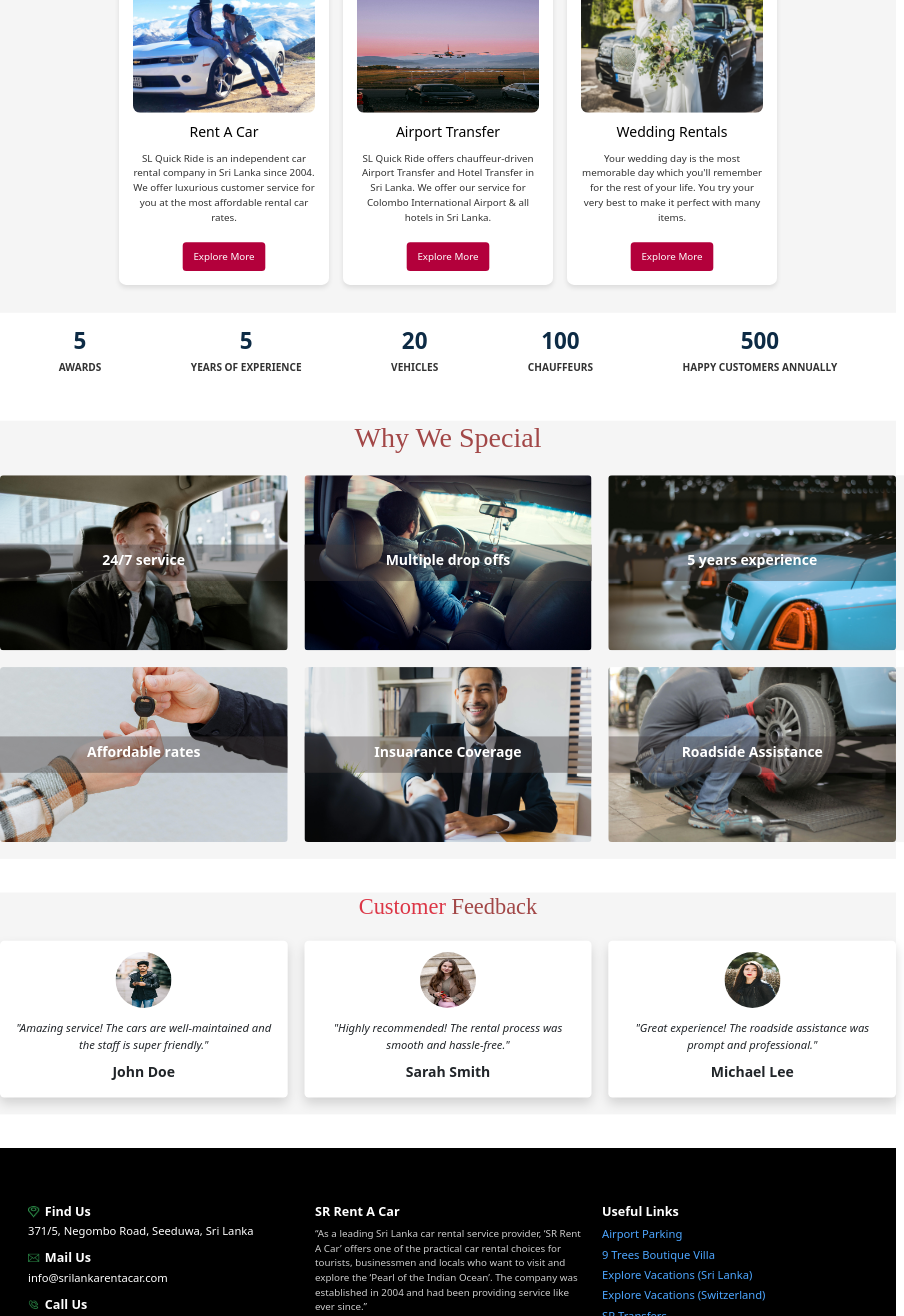
Repository: saubgayavishwanthi/Car-Renatal-Website
Page: / (app in frontend/)
The author's editor kept a copy of each file at every save. The page is drawn from the files as they stood at one save, then again after a run of saves.
The browser window is 1280 px wide. The page is 1292 px wide, so the pictures cover 1292 px, including what lies to the right of the window. The pictures show the part of the page from y = 1330 to 3210 px (the page is 3727 px tall), at 70% of full size.
The project was rebuilt for these pictures with package versions that can differ from the ones it lists, and the page was loaded fresh each time. Also part of the build but not shown: frontend/src/css/Contact.css, frontend/src/components/Contact.js.

Above is the page before, as saved 2025-03-07 17:35:02.

### frontend/src/App.js
import { BrowserRouter as Router, Route, Routes } from 'react-router-dom';
import Home from './components/Home';
import Contact from './components/Contact';

import 'bootstrap/dist/css/bootstrap.min.css';
import './App.css';


function App() {
  return (
    <Router>
    <Routes>
      {/* Main Routes */}
      <Route path="/" element={< Home/>} />
      <Route path="/contact-page"element={<Contact/>}/>

    </Routes>
  </Router>
  );
}

export default App;

### frontend/src/components/Home.js
import React, { useState, useEffect } from "react";
import "bootstrap/dist/css/bootstrap.min.css";
import { Carousel as BootstrapCarousel } from "react-bootstrap"; // Renaming Bootstrap Carousel
import CountUp from "react-countup";
import NavBar from './MyNavbar';
import Carousel from './Carousel';
import Footer from './Footer';
import "../css/Home.css";
import aboutcar from '../assets/bense.jpg';
import WeddingCar from "../assets/WeddingCar.jpg";
import RentACar from "../assets/RentACar.jpg";
import AirportCar from "../assets/AirportCar.jpg";
import hoursacess from "../assets/24.7 access.jpg";
import rates from "../assets/afforable rates.jpg";
import multipledrop from "../assets/multiple drop off.jpg";
import experience from "../assets/5  years exprience.jpg";
import insuarance from "../assets/insuarance coveage.jpg";
import roadassisrance from "../assets/roadside assistance.jpg";
import sara from "../assets/sara.jpeg";
import john from "../assets/john.jpeg";
import michel from "../assets/michel.jpeg";


function Home() {
  const [startCount, setStartCount] = useState(false);

  useEffect(() => {
    setStartCount(true); // Start the count animation when the component mounts
  }, []);

  const offers = [
    {
      title: "Rent A Car",
      description:
        "SL Quick Ride is an independent car rental company in Sri Lanka since 2004. We offer luxurious customer service for you at the most affordable rental car rates.",
      image: RentACar,
    },
    {
      title: "Airport Transfer",
      description:
        "SL Quick Ride offers chauffeur-driven Airport Transfer and Hotel Transfer in Sri Lanka. We offer our service for Colombo International Airport & all hotels in Sri Lanka.",
      image: AirportCar,
    },
    {
      title: "Wedding Rentals",
      description:
        "Your wedding day is the most memorable day which you'll remember for the rest of your life. You try your very best to make it perfect with many items.",
      image: WeddingCar,
    },
  ];

  const statsData = [
    { value: 5, label: "AWARDS" },
    { value: 5, label: "YEARS OF EXPERIENCE" },
    { value: 20, label: "VEHICLES" },
    { value: 100, label: "CHAUFFEURS" },
    { value: 500, label: "HAPPY CUSTOMERS ANNUALLY" },
  ];

  const images = [
    {  src: hoursacess, title: "24/7 service", bgColor: "#FF5733",height:"100px" },
    {  src: multipledrop, title: "Multiple drop offs", bgColor: "#33A1FF",height:"100px" },
    {  src: experience, title: "5 years experience", bgColor: "#28A745",height:"100px" },
    {  src: rates, title: "Affordable rates", bgColor: "#FFC107",height:"100px" },
    {  src: insuarance, title: "Insuarance Coverage", bgColor: "#6F42C1",height:"100px" },
    {  src: roadassisrance, title: "Roadside Assistance", bgColor: "#E83E8C",height:"100px" },
  ];

  const testimonials = [
    {
      name: "John Doe",
      feedback: "Amazing service! The cars are well-maintained and the staff is super friendly.",
      image: john,
    },
    {
      name: "Sarah Smith",
      feedback: "Highly recommended! The rental process was smooth and hassle-free.",
      image: sara,
    },
    {
      name: "Michael Lee",
      feedback: "Great experience! The roadside assistance was prompt and professional.",
      image: michel,
    },
  ];

  return (
    <div>
      <div>
        <NavBar />
      </div>
      <div className='carousel'>
        <Carousel />
      </div>
      <div className="who-we-are-container">
        <div className="image-section">
          <img src={aboutcar} alt="Red Car" className="car-image" />
        </div>
        <div className="text-section">
          <h2>
            <span className="highlight">Who</span> We Are
          </h2>
          <p>
          <strong className="brand-name">SR Rent A Car</strong> is a locally owned and operated
          car rental company in Sri Lanka that provides affordable options for all travelers.
          The SR Team has been welcoming visitors from all over the world since 2004. We
          understand what our clients expect and deliver because we know what it’s like to be
          a consumer.
        </p>
        <p>
          We offer a fleet of clean, reliable, and safe new and pre-owned vehicles that have
          been meticulously maintained and are suitable for all Sri Lankan roads. We take
          safety very seriously, making it easier for you to relax and enjoy a family
          vacation. From a fleet of more than 100 vehicles, you can find the perfect match
          between budget and space from well-known brands such as Toyota.
        </p>
        <p>
          With offices conveniently located near Bandaranaike International Airport, we're able
          to meet and greet you with a smile and provide a two-way airport shuttle. You can
          also try our doorstep delivery service anywhere in the country for a nominal fee.
        </p>
        </div>
      </div>

      <div className="offer-container">
        <h2>
          <span className="red-text">What</span> <strong>We Offer</strong>
        </h2>
        <div className="offer-grid">
          {offers.map((offer, index) => (
            <div className="offer-card" key={index}>
              <img src={offer.image} alt={offer.title} />
              <h3>{offer.title}</h3>
              <p>{offer.description}</p>
              <button className="explore-btn">Explore More</button>
            </div>
          ))}
        </div>
      </div>

      {/* Stats Section */}
      <div className="stats-container">
        {statsData.map((stat, index) => (
          <div key={index} className="stat-box">
            <h2 className="stat-value">
              {startCount && (
                <CountUp start={0} end={stat.value} duration={3} separator="," redraw={true} />
              )}
            </h2>
            <p className="stat-label">{stat.label}</p>
          </div>
        ))}
      </div>

      <div className="home-container" style={{ backgroundColor: "#f5f5f5" }}>
  <h1 className="home-heading">Why We Special</h1>
  <div className="row Home-row">
    {images.map((image, index) => (
      <div key={index} className="col-md-4 mb-4 home-image">
        <div className="position-relative text-center">
          <img
            src={image.src}
            alt={image.title}
            className="img-fluid w-100 home-img"
            style={{ width: '70%' }}
          />
          <div className="home-overlay">
            <h5 className="fw-bold">{image.title}</h5>
          </div>
        </div>
      </div>
    ))}
  </div>
</div>

<div className="home-container my-5">
  <h2 className="home-heading">
    <span className="text-danger">Customer</span> Feedback
  </h2>
  <div className="row Home-row">
    {testimonials.map((testimonial, index) => (
      <div key={index} className="col-md-6 col-lg-4 mb-4 home-feedback">
        <div className="card p-3 shadow border-0 text-center">
          <img
            src={testimonial.image}
            alt={testimonial.name}
            className="rounded-circle mx-auto mb-3 home-feedback-img"
          />
          <p className="fst-italic">"{testimonial.feedback}"</p>
          <h5 className="fw-bold">{testimonial.name}</h5>
        </div>
      </div>
    ))}
  </div>
</div>


      <div className='footer'>
        <Footer />
      </div>
    </div>
  );
}

export default Home;

### frontend/src/components/MyNavbar.js
import React from "react";
import "../css/MyNavbar.css"; // Import the CSS file
import logo from "../assets/logo.png"; // Import your logo


const MyNavbar = () => {
  return (
    <nav className="navbar">
      {/* Logo on the Left */}
      <div className="logo">
        <img src={logo} alt="Logo" />
      </div>

      {/* Links on the Right */}
      <div className="nav-links">
        <a href="/">Home</a>
        <a href="#">About</a>
        <a href="#">Services</a>
        <a href="/contact-page">Contact</a>
      </div>
      <div className="phone-number">
        <p>+94704066930</p>
      </div>
    </nav>
  );
};

export default MyNavbar;

### frontend/src/components/Carousel.js
import Carousel from "react-bootstrap/Carousel";
import wedding from '../assets/carsousel/Wedding Car.jpg';
import family from '../assets/carsousel/family.jpg';
import friends from '../assets/carsousel/friends.jpg';
import frontview from '../assets/carsousel/frontview.jpg';
import sideview from '../assets/carsousel/sideview.jpg';
import first from '../assets/carsousel/first.jpg';

const CarouselComponent = () => {
  return (
    <div className="carousel-container">
      <Carousel>
        <Carousel.Item interval={3000}>
          <img
            className="d-block w-100  img-fluid"
            src={first}
            alt="First slide"
            style={{ height: "605px", objectFit: "cover" }}
          />
          <Carousel.Caption>
            <h1>SL QUICK RIDE</h1>

          <button className="btn btn-outline-light px-4 py-2" style={{
    backgroundColor: "rgba(37, 34, 34 , 0.7)",
    border: "3px solid white",
    width: "150px",
    height: "60px",
    color: "white",
    fontSize: "20px",
    fontWeight:"500" ,
    marginBottom:"100px",
  }}>Rent Now</button>
          </Carousel.Caption>
        </Carousel.Item>

        <Carousel.Item interval={3000}>
          <img
            className="d-block w-100  img-fluid"
            src={frontview}
            alt="Second slide"
            style={{ height: "605px", objectFit: "cover" }}
          />
          <Carousel.Caption>
          <h1>SL QUICK RIDE</h1>
          <button className="btn btn-outline-light px-4 py-2" style={{
    backgroundColor: "rgba(37, 34, 34 , 0.5)",
    border: "3px solid white",
    width: "150px",
    height: "60px",
    color: "white",
    fontSize: "20px",
    fontWeight:"500" ,
    marginBottom:"100px",
  }}>Rent Now</button>
          </Carousel.Caption>
        </Carousel.Item>

        <Carousel.Item interval={3000}>
          <img
            className="d-block w-100  img-fluid"
            src={family}
            alt="Third slide"
            style={{ height: "605px", objectFit: "cover" }}
          />
          <Carousel.Caption>
          <h1>SL QUICK RIDE</h1>
          <button className="btn btn-outline-light px-4 py-2" style={{
    backgroundColor: "rgba(37, 34, 34 , 0.5)",
    border: "2px solid white",
    width: "150px",
    height: "60px",
    color: "white",
    fontSize: "20px",
    fontWeight:"500" ,
    marginBottom:"100px",
  }}>Rent Now</button>
          </Carousel.Caption>
        </Carousel.Item>

        <Carousel.Item interval={3000}>
          <img
            className="d-block w-100  img-fluid"
            src={wedding}
            alt="Fourth slide"
            style={{ height: "605px", objectFit: "cover" }}
          />
          <Carousel.Caption>
          <h1>SL QUICK RIDE</h1>
          <button className="btn btn-outline-light px-4 py-2" style={{
    backgroundColor: "rgba(37, 34, 34 , 0.5)",
    border: "3px solid white",
    width: "150px",
    height: "60px",
    color: "white",
    fontSize: "20px",
    fontWeight:"500" ,
    marginBottom:"100px",
  }}>Rent Now</button>
          </Carousel.Caption>
        </Carousel.Item>

        <Carousel.Item interval={3000}>
          <img
            className="d-block w-100  img-fluid"
            src={friends}
            alt="Fifth slide"
            style={{ height: "605px", objectFit: "cover" }}
          />
          <Carousel.Caption>
          <h1>SL QUICK RIDE</h1>
          <button className="btn btn-outline-light px-4 py-2" style={{
    backgroundColor: "rgba(37, 34, 34 , 0.5)",
    border: "3px solid white",
    width: "150px",
    height: "60px",
    color: "white",
    fontSize: "20px",
    fontWeight:"500" ,
    marginBottom:"100px",
  }}>Rent Now</button>
          </Carousel.Caption>
        </Carousel.Item>
      </Carousel>
    </div>
  );
};

export default CarouselComponent;

### frontend/src/components/Footer.js
import Map from "../assets/Map.png";
import Envelope from "../assets/Envelope.png";
import Call from "../assets/call.png";
import Whatsapp from "../assets/Whatsapp.png";
import LinkedIn from "../assets/Linkedin.png";
import Facebook from "../assets/Facebook.png";
import Instagram from "../assets/Instagram.png";
import Visa from "../assets/Visa.png";
import MasterCard from "../assets/Mastercard.png";
import Maestro from "../assets/Maestro.png";
import Amex from "../assets/Amex.png";
import "../css/Footer.css";

const Footer = () => {
    return (
      <footer className="footer">
        <div className="footer-container">
          {/* Contact Info */}
          <div>
            <h3 className="footer-heading">
              <img src={Map} alt="Map" className="icon" /> Find Us
            </h3>
            <p>371/5, Negombo Road, Seeduwa, Sri Lanka</p>

            <h3 className="footer-heading">
              <img src={Envelope} alt="Envelope" className="icon" /> Mail Us
            </h3>
            <p>info@srilankarentacar.com</p>

            <h3 className="footer-heading">
              <img src={Call} alt="Call" className="icon" /> Call Us
            </h3>
            <p>+94 77 778 0729</p>

            <h3 className="footer-heading">
              <img src={Whatsapp} alt="Whatsapp" className="icon" /> Chat with us on WhatsApp
            </h3>
            <p>+94 77 778 0729</p>
          </div>

          {/* About Section */}
          <div>
            <h3 className="footer-title">SR Rent A Car</h3>
            <p className="footer-text">
              “As a leading Sri Lanka car rental service provider, ‘SR Rent A Car’ offers one of the practical car rental choices for tourists, businessmen and locals who want to visit and explore the ‘Pearl of the Indian Ocean’. The company was established in 2004 and had been providing service like ever since.”
            </p>
          </div>

          {/* Useful Links & Subscribe */}
          <div>
            <h3 className="footer-title">Useful Links</h3>
            <ul className="footer-links">
              <li><a href="#">Airport Parking</a></li>
              <li><a href="#">9 Trees Boutique Villa</a></li>
              <li><a href="#">Explore Vacations (Sri Lanka)</a></li>
              <li><a href="#">Explore Vacations (Switzerland)</a></li>
              <li><a href="#">SR Transfers</a></li>
              <li><a href="#">Euro Motors</a></li>
            </ul>

            <h3 className="footer-title">Subscribe</h3>
            <p className="footer-text">Don't miss to subscribe to our new feeds, kindly fill the form below.</p>
            <div className="subscribe">
              <input type="email" placeholder="Email Address" className="subscribe-input" />
              <button className="subscribe-button">→</button>
            </div>
          </div>
        </div>

        {/* Follow Us Section */}
        <div className="social-media">
          <h3>Follow Us On</h3>
          <div className="social-icons">
            <img src={LinkedIn} alt="LinkedIn" className="social-icon" />
            <img src={Facebook} alt="Facebook" className="social-icon" />
            <img src={Instagram} alt="Instagram" className="social-icon" />
          </div>
        </div>

        {/* Payment Methods & Copyright */}
        <div className="footer-bottom">
          <div className="payment-methods">
            <img src={Visa} alt="Visa" className="payment-icon" />
            <img src={MasterCard} alt="MasterCard" className="payment-icon" />
            <img src={Maestro} alt="Maestro" className="payment-icon" />
            <img src={Amex} alt="American Express" className="payment-icon" />
          </div>
          <p className="copyright">Copyright © 2025, All Rights Reserved <span>SL Quick Ride</span></p>
        </div>
      </footer>
    );
};

export default Footer;

### frontend/src/css/Home.css
.offer-container {
    text-align: center;
    background: #f5f5f5;
    padding: 40px 20px;
  }

  .red-text {
    color: red;
  }

  .offer-grid {
    display: flex;
    justify-content: center;
    gap: 20px;
    flex-wrap: wrap;
  }

  .offer-card {
    background: white;
    border-radius: 10px;
    box-shadow: 0 4px 8px rgba(0, 0, 0, 0.1);
    width: 300px;
    padding: 20px;
    text-align: center;
  }

  .offer-card img {
    width: 100%;
    height: 180px;
    border-radius: 10px;
  }

  .offer-card h3 {
    font-size: 20px;
    margin: 15px 0;
    color: #000;
  }

  .offer-card p {
    font-size: 14px;
    color: #333;
  }

  .explore-btn {
    background: #b3003b;
    color: white;
    padding: 10px 15px;
    border: none;
    border-radius: 5px;
    cursor: pointer;
    font-size: 14px;
    margin-top: 10px;

  }

  .explore-btn:hover {
    background: #900030;
  }

  .who-we-are-container {
    display: flex;
    max-width: 1000px;
    margin: auto;
    padding: 10px;
    gap: 10px;
    margin-top:50px;
    margin-bottom:30px;
  }

  .image-section {
    display: flex;
    flex-direction: column;
    gap: 30px;
    margin-left:20px;
  }

  .car-image {

    height: 500px;
    border-radius: 10px;
    margin-right:30px;
  }

  .text-section {
    flex: 1;
    width:300px;
    font-family: Verdana, Geneva, Tahoma, sans-serif;
    font-size:15px;
  }

  .highlight {
    color: red;
    font-weight: bold;
  }

  .brand-name {
    color: red;
  }
  .stats-container {
    display: flex;
    justify-content: space-around;
    align-items: center;
    background-color: #ffffff;
    padding: 20px;
    text-align: center;
    margin-bottom:30px;
  }

  .stat-box {
    display: flex;
    flex-direction: column;
    align-items: center;
  }

  .stat-value {
    font-size: 2rem;
    font-weight: bold;
    color: #0d2b45;
  }

  .stat-label {
    font-size: 0.9rem;
    font-weight: 600;
    color: #333;
  }

  /* Unique styles for Home Page */
.home-container {
  background-color: #f5f5f5;

}

.home-heading {
  text-align: center;
  margin: 30px 0;
  font-family: cursive;
  color: #a24747;
}

.home-image {
  background-color: #f5f5f5;
}
.home-row {
  margin: 20px; /* Adjust as needed */
}


.home-img {
  max-height: 250px;
  object-fit: cover;
  border-radius: 5px;
}

.home-overlay {
  position: absolute;
  top: 50%;
  left: 50%;
  transform: translate(-50%, -50%);
  background-color: rgba(65, 58, 58, 0.4);
  width: 100%;
  text-align: center;
  color: white;
  padding: 10px;
}

.home-feedback {
  text-align: center;
}

.home-feedback-img {
  width: 80px;
  height: 80px;
  border-radius: 50%;
}

### frontend/src/css/MyNavbar.css
/* Navbar container */
.navbar {
  display: flex;
  justify-content: space-between;
  align-items: center;
  background-color:rgba(243, 246, 248, 0.8);
  padding: 15px 50px; /* Adjusted padding */
  box-shadow: 0 4px 6px rgba(0, 0, 0, 0.1);
  position: fixed;  /* Fix it to the top */
  top: 0;
  left: 0;
  width: 100%;
  z-index: 1000; /* Ensure it's above other elements */
}
/* Logo container */
.logo {
  display: flex;
  align-items: center;
}

/* Adjust logo size */
.logo img {
  width: 150px;
  height: 50px;
}

/* Navigation links container */
.nav-links {
  display: flex;
  gap: 30px;
  margin-right: 300px;
}

/* Individual link styling */
.nav-links a {
  text-decoration: none;
  color: black;
  font-size: 18px;
  font-weight: 500;
  transition: color 0.3s;
}

/* Hover effect */
.nav-links a:hover {
  color: #007bff;
}
.phone-number{
  color: black;
  font-size: 18px;
  font-weight: 500;
  margin-right:50px;
}

### frontend/src/css/Footer.css
.footer {
    background-color: black;
    color: white;
    padding: 40px 20px;
}

.footer-container {
    display: grid;
    grid-template-columns: 1fr;
    gap: 30px;
}

@media (min-width: 768px) {
    .footer-container {
        grid-template-columns: repeat(3, 1fr);
    }
}

.footer-heading {
    font-size: 18px;
    font-weight: bold;
    display: flex;
    align-items: center;
    margin-bottom: 5px;
}

.footer-title {
    font-size: 18px;
    font-weight: bold;
    margin-bottom: 10px;
}

.footer-text {
    font-size: 14px;
    color: #ccc;
}

.footer-links {
    list-style: none;
    padding: 0;
}

.footer-links li {
    margin-bottom: 5px;
}

.footer-links a {
    text-decoration: none;
    color: #4da6ff;
}

.footer-links a:hover {
    text-decoration: underline;
}

.subscribe {
    margin-top: 10px;
    display: flex;
}

.subscribe-input {
    padding: 8px;
    border: 1px solid #ccc;
    border-radius: 4px 0 0 4px;
    flex-grow: 1;
    background-color: #222;
    color: white;
    border: 1px solid #555;
}

.subscribe-button {
    padding: 8px 12px;
    background-color: red;
    color: white;
    border: none;
    border-radius: 0 4px 4px 0;
    cursor: pointer;
}

.subscribe-button:hover {
    background-color: darkred;
}

/* Social Media Section */
.social-media {
    text-align: center;
    padding: 20px 0;
    background-color: #111;
}

.social-media h3 {
    font-size: 18px;
    margin-bottom: 10px;
}

.social-icons {
    display: flex;
    justify-content: center;
    gap: 15px;
}

.social-icon {
    width: 40px;
    height: 40px;
}

/* Payment Methods & Copyright */
.footer-bottom {
    background-color: #222;
    text-align: center;
    padding: 15px 0;
    margin-top: 10px;
}

.payment-methods {
    display: flex;
    justify-content: center;
    gap: 15px;
    margin-bottom: 10px;
}

.payment-icon {
    width: 50px;
    height: auto;
}

.copyright {
    font-size: 14px;
    color: #aaa;
}

.copyright span {
    color: red;
    font-weight: bold;
}

/* Icon Styling */
.icon {
    width: 16px;
    height: 16px;
    margin-right: 8px;
    filter: brightness(0) saturate(100%) invert(46%) sepia(85%) saturate(364%) hue-rotate(85deg) brightness(90%) contrast(90%);
}

Loaded but not shown: frontend/public/index.html (common file); frontend/src/index.js (common file); frontend/src/index.css (common file); frontend/src/reportWebVitals.js (common file); frontend/src/App.css (no stored copy; drawn as an empty file)

After the next 2 saves:
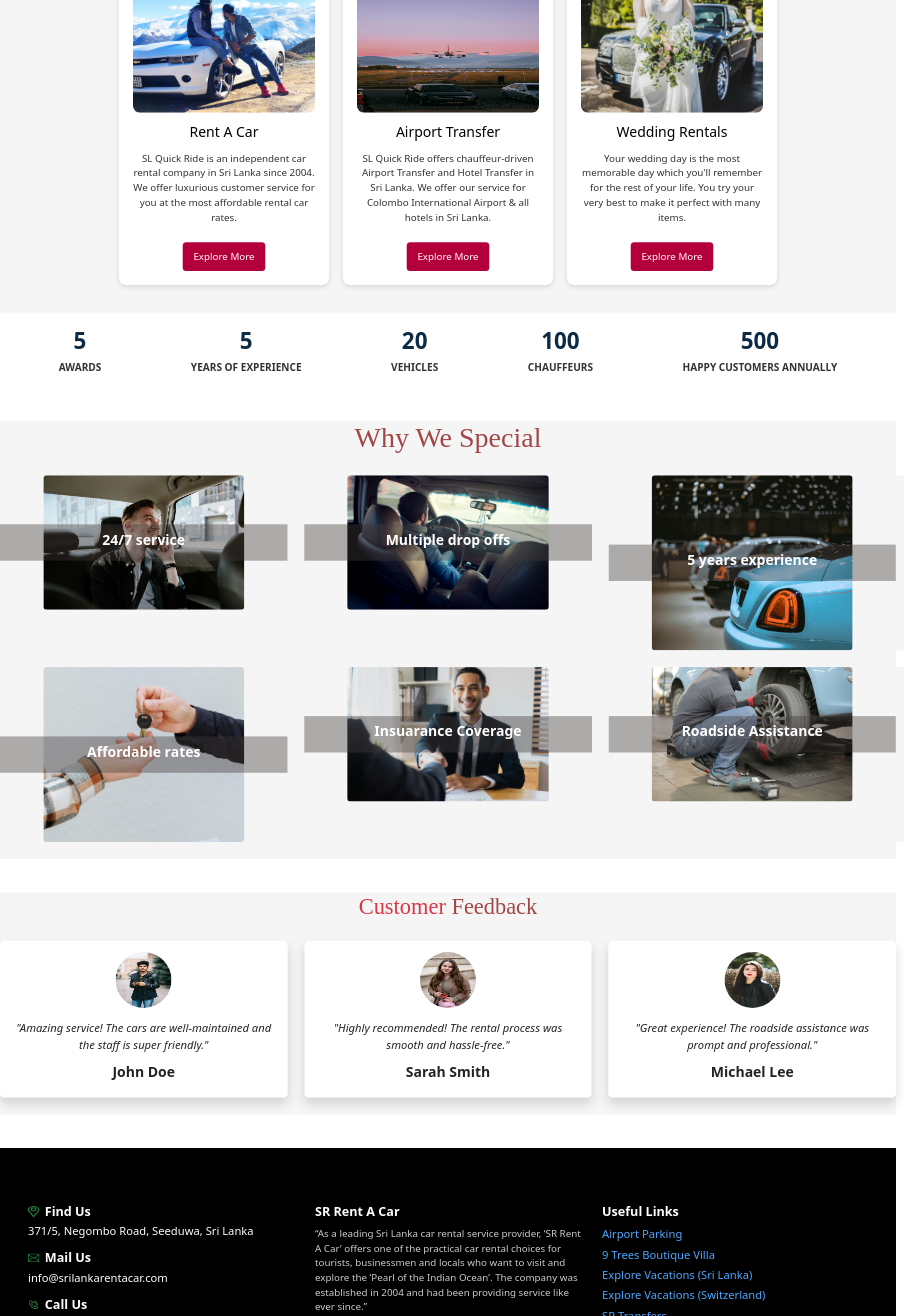
The 2 saves are shown as one change because they came seconds apart.
The last was saved 9 s later.
--- a/frontend/src/components/Home.js
+++ b/frontend/src/components/Home.js
@@ -161,7 +161,7 @@ function Home() {
           <img
             src={image.src}
             alt={image.title}
-            className="img-fluid w-100 home-img"
+            className="img-fluid w-70 home-img"
             style={{ width: '70%' }}
           />
           <div className="home-overlay">
